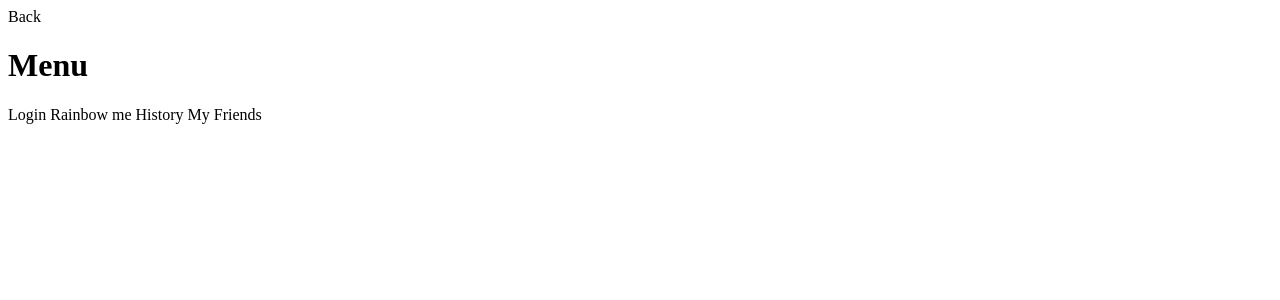
Repository: agustinbaretto/rainbow
Page: Rainbow/www/templates/menu.html
The author's editor kept a record of every edit. The page is drawn from the files as they stood at one moment, then again after the next edit.
The browser window is 1280 px wide. The pictures show the whole page.

Above is the page before.

### Rainbow/www/templates/menu.html
<ion-side-menus>

  <ion-pane ion-side-menu-content>
    <ion-nav-bar class="bar-positive nav-title-slide-ios7">
      <ion-nav-back-button class="button-clear"><i class="icon ion-ios7-arrow-back"></i> Back</ion-nav-back-button>
    </ion-nav-bar>
    <ion-nav-view name="menuContent" animation="slide-left-right"></ion-nav-view>
  </ion-pane>

  <ion-side-menu side="left">
    <header class="bar bar-header bar-stable">
      <h1 class="title">Menu</h1>
    </header>
    <ion-content class="has-header">
      <ion-list>
        <ion-item nav-clear menu-close ng-click="login()">
          Login
        </ion-item>
        <ion-item nav-clear menu-close href="#/app/rainbow">
          Rainbow me
        </ion-item>
        <ion-item nav-clear menu-close href="#/app/history">
          History
        </ion-item>
        <ion-item nav-clear menu-close href="#/app/friends">
          My Friends
        </ion-item>
      </ion-list>
    </ion-content>
  </ion-side-menu>
</ion-side-menus>

After the next edit:
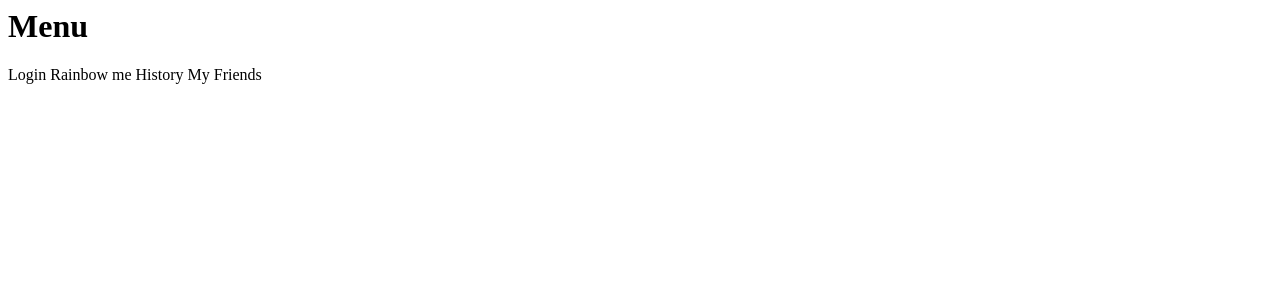
The edit:
--- a/Rainbow/www/templates/menu.html
+++ b/Rainbow/www/templates/menu.html
@@ -1,9 +1,5 @@
 <ion-side-menus>
-
   <ion-pane ion-side-menu-content>
-    <ion-nav-bar class="bar-positive nav-title-slide-ios7">
-      <ion-nav-back-button class="button-clear"><i class="icon ion-ios7-arrow-back"></i> Back</ion-nav-back-button>
-    </ion-nav-bar>
     <ion-nav-view name="menuContent" animation="slide-left-right"></ion-nav-view>
   </ion-pane>
 
